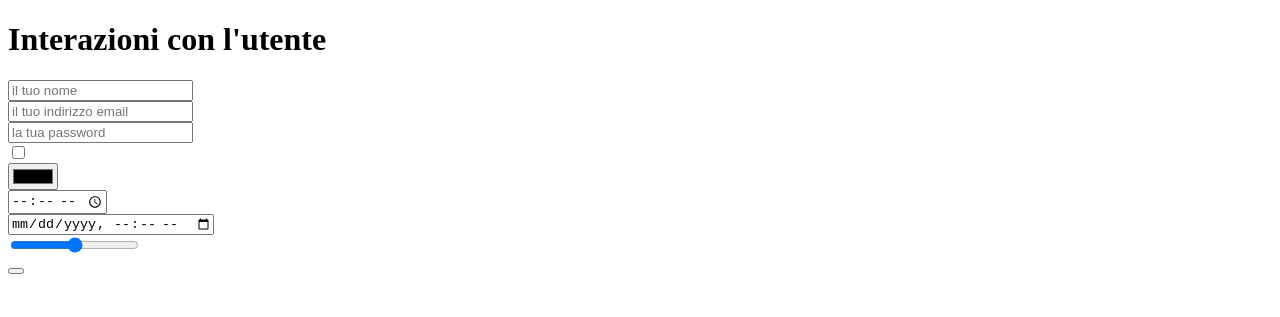
Repository: daniells-21/Pre-Corso-Ch2
Page: Pre-Corso.Ch2/index.html
The author's editor kept a copy of each file at every save. The page is drawn from the files as they stood at one save, then again after the next save.
The browser window is 1280 px wide. The pictures show the whole page.

Above is the page before, as saved 2023-04-12 12:47:41.

### Pre-Corso.Ch2/index.html
<!DOCTYPE html>
<html lang="en">
<head>
    <meta charset="UTF-8">
    <meta http-equiv="X-UA-Compatible" content="IE=edge">
    <meta name="viewport" content="width=device-width, initial-scale=1.0">
    <title>Form e input fields</title>
</head>
<body>
    <h1>Interazioni con l'utente</h1>
 <form onsubmit="alert('form inviato')">
    <div>
        <input type="text" placeholder="il tuo nome"/>
    </div>
    <div>
        <input type="email" placeholder="il tuo indirizzo email"/>
    </div>
    <div>
        <input type="password" placeholder="la tua password"/>
    </div>
    <div>
        <input type="checkbox"/>
    </div>
    <div>
        <input type="color"/>
    </div>
    <div>
        <input type="time"/>
    </div>
    <div>
        <input type="datetime-local"/>
    </div>
    <div>
        <input type="range"/>
    </div>
    <button type="submit"INVIA FORM></button>
 </form>
</body>
</html>

After the next save:
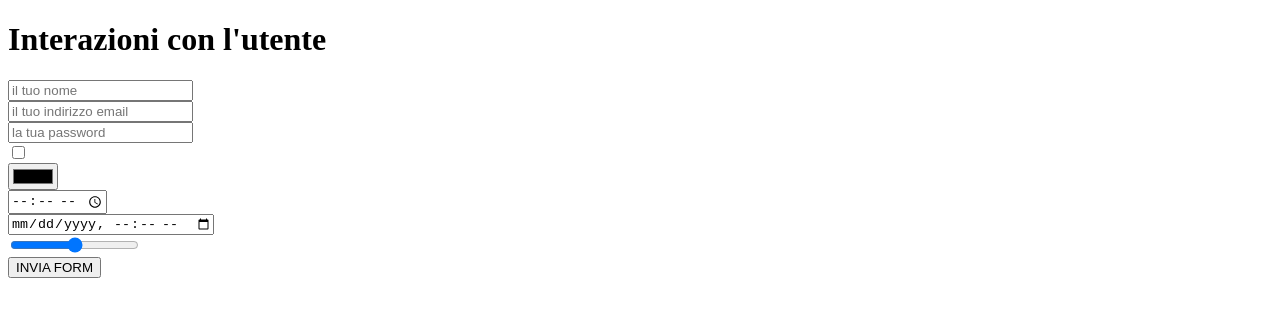
Saved 113 s later.
--- a/Pre-Corso.Ch2/index.html
+++ b/Pre-Corso.Ch2/index.html
@@ -33,7 +33,7 @@
     <div>
         <input type="range"/>
     </div>
-    <button type="submit"INVIA FORM></button>
+    <button type="submit">INVIA FORM</button>
  </form>
 </body>
 </html>
